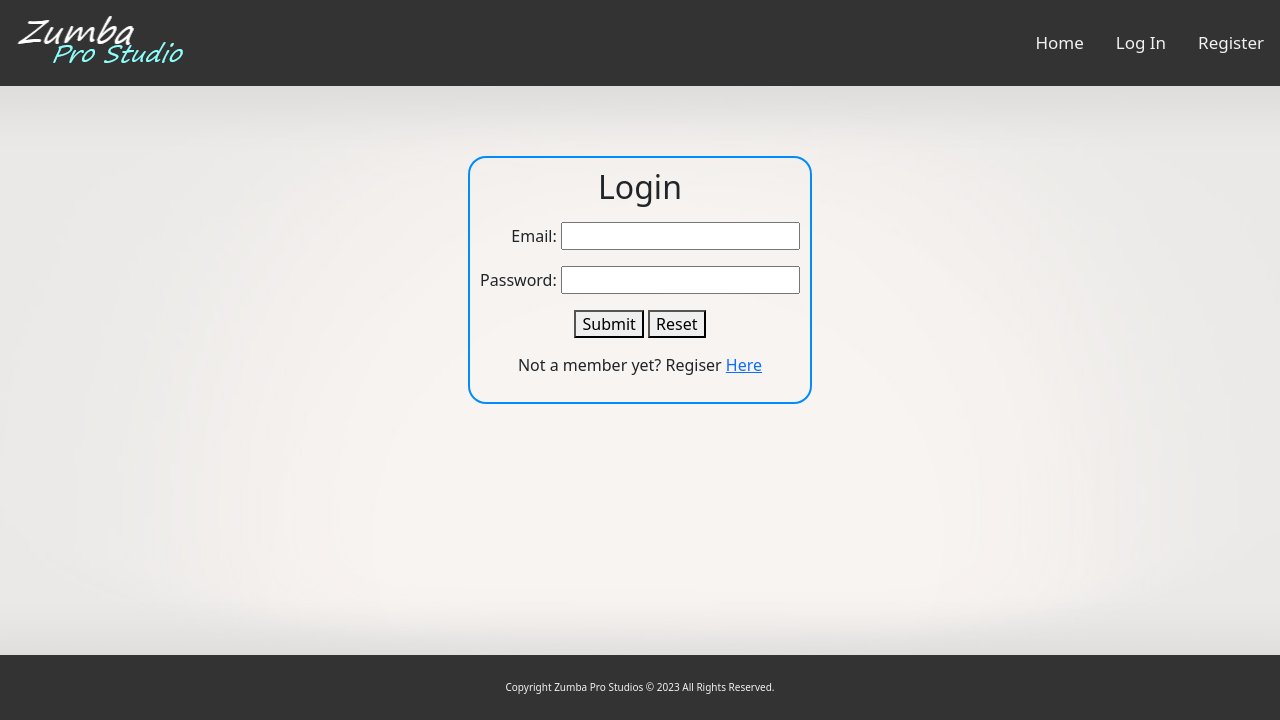
Repository: basemsamuel/Zumba
Page: http://localhost/ZumbaProStudio/login.jsp
An editor plug-in stored every save of this project. The page is shown before and after the next save, followed by the edit.
The browser window is 1280 px wide. The pictures show the whole page.
The page is served by Tomcat 10.

Above is the page before, as saved 2023-07-30 16:48:18.

After the next save:
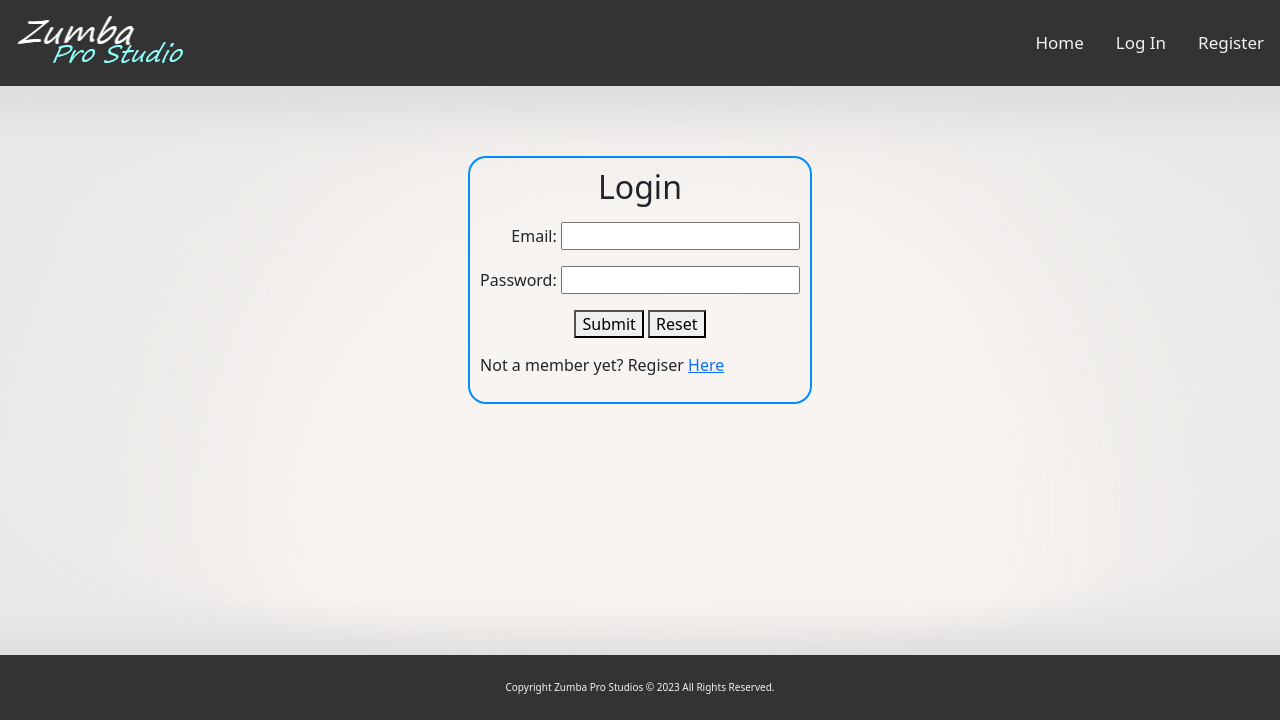
Saved 57 s later.
--- a/ZumbaProStudio/src/main/webapp/login.jsp
+++ b/ZumbaProStudio/src/main/webapp/login.jsp
@@ -36,7 +36,7 @@
 						        </p>
 						    </div>
 
- 							<div style="color: #FF0000; font-size:8px;">
+<!--  							<div style="color: #FF0000;" class="emsg"> -->
  								<p>
  									${errorMessage}
  								</p>

After the save that followed:
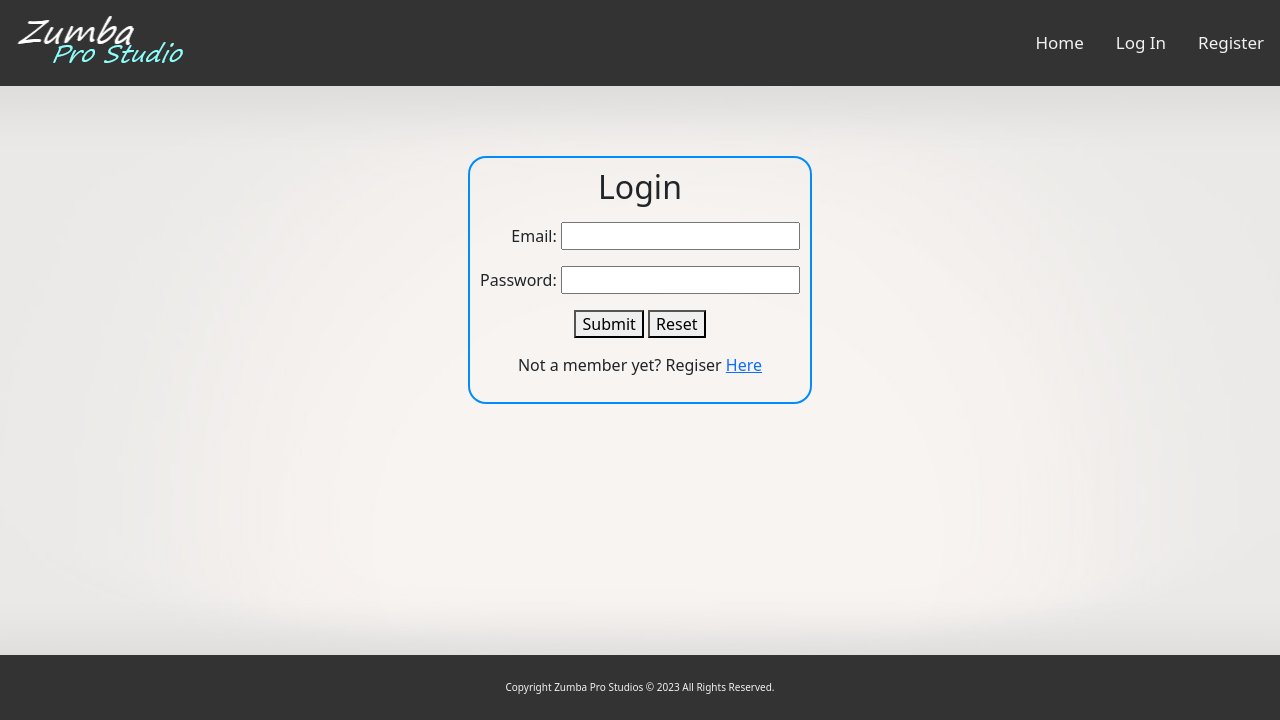
Saved 85 s later.
--- a/ZumbaProStudio/src/main/webapp/login.jsp
+++ b/ZumbaProStudio/src/main/webapp/login.jsp
@@ -36,7 +36,7 @@
 						        </p>
 						    </div>
 
-<!--  							<div style="color: #FF0000;" class="emsg"> -->
+ 							<div class="emsg">
  								<p>
  									${errorMessage}
  								</p>
--- a/ZumbaProStudio/src/main/webapp/css/styles.css
+++ b/ZumbaProStudio/src/main/webapp/css/styles.css
@@ -78,3 +78,8 @@
 			background-repeat: no-repeat; /* Do not repeat the image */
 			background-size: cover; /* Resize the background image to cover the entire container */
 		}
+
+		.emsg {
+			font-size: 8px;
+			font-color:
+		}
